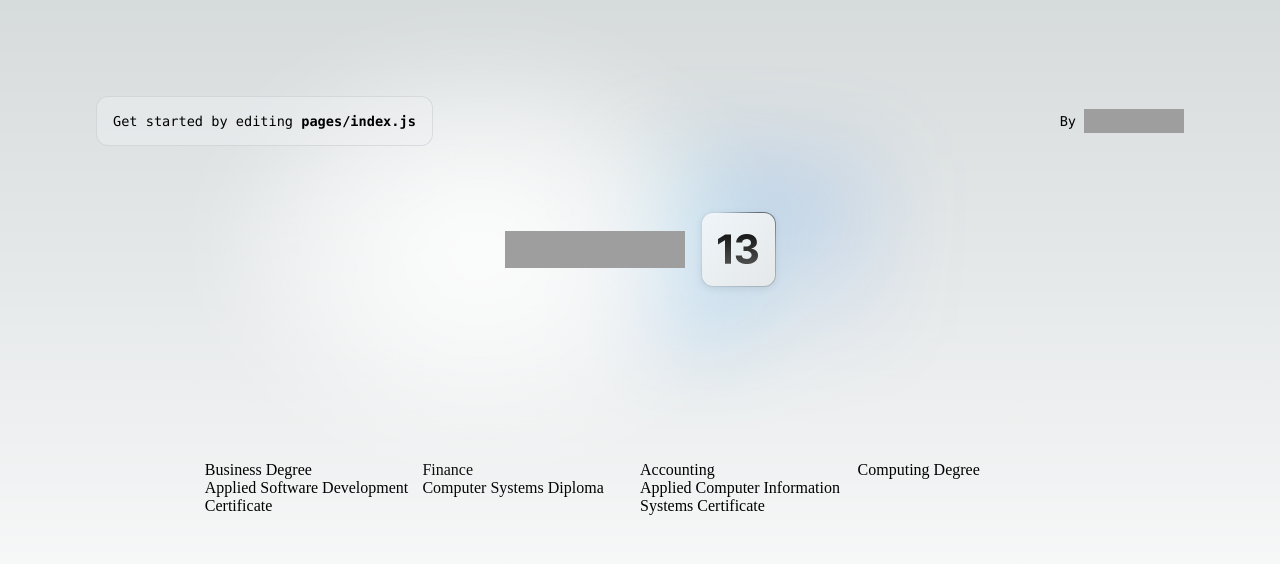
Repository: karthur1/class-example-3
Page: /
These files come from the project's save history. The page is drawn as it stood at one moment and after the next save; the edit follows.
The browser window is 1280 px wide. The pictures show the whole page.
Pictures or frames that could not be fetched are drawn as grey boxes. The project was rebuilt for these pictures with package versions that can differ from the ones it lists, and the page was loaded fresh each time. The framework's server and built-in components were replaced by stand-ins that run in the browser. Also part of the build but not shown: next.config.js.

Above is the page before, as saved 2023-01-16 10:49:32.

### pages/index.js
import Head from 'next/head'
import Image from 'next/image'
import { Inter } from '@next/font/google'
import styles from '@/styles/Home.module.css'
import data from '../data/education.json'
import {useState} from 'react'

const inter = Inter({ subsets: ['latin'] })

export default function Home() {

  console.log(data)
  const [information, setInformation] = useState([...data])


  return (
    <>
      <Head>
        <title>Create Next App</title>
        <meta name="description" content="Generated by create next app" />
        <meta name="viewport" content="width=device-width, initial-scale=1" />
        <link rel="icon" href="/favicon.ico" />
      </Head>
      <main className={styles.main}>
        <div className={styles.description}>
          <p>
            Get started by editing&nbsp;
            <code className={styles.code}>pages/index.js</code>
          </p>
          <div>
            <a
              href="https://vercel.com?utm_source=create-next-app&utm_medium=default-template&utm_campaign=create-next-app"
              target="_blank"
              rel="noopener noreferrer"
            >
              By{' '}
              <Image
                src="/vercel.svg"
                alt="Vercel Logo"
                className={styles.vercelLogo}
                width={100}
                height={24}
                priority
              />
            </a>
          </div>
        </div>

        <div className={styles.center}>
          <Image
            className={styles.logo}
            src="/next.svg"
            alt="Next.js Logo"
            width={180}
            height={37}
            priority
          />
          <div className={styles.thirteen}>
            <Image
              src="/thirteen.svg"
              alt="13"
              width={40}
              height={31}
              priority
            />
          </div>
        </div>

        <div className={styles.grid}>
          <div>Business Degree</div>
          {information && information.map((info, index) => {
            if(info.department === "Business") {

             return(
            <div key={index}>{info.degree}</div>
            )
          }
        })}
                  <div>Computing Degree</div>
          {information && information.map((info, index) => {
            if(info.department === "Computing") {

             return(
            <div key={index}>{info.degree}</div>
            )
          }
        })}
        </div>
      </main>
    </>
  )
}

### styles/Home.module.css
.main {
  display: flex;
  flex-direction: column;
  justify-content: space-between;
  align-items: center;
  padding: 6rem;
  min-height: 100vh;
}

.description {
  display: inherit;
  justify-content: inherit;
  align-items: inherit;
  font-size: 0.85rem;
  max-width: var(--max-width);
  width: 100%;
  z-index: 2;
  font-family: var(--font-mono);
}

.description a {
  display: flex;
  justify-content: center;
  align-items: center;
  gap: 0.5rem;
}

.description p {
  position: relative;
  margin: 0;
  padding: 1rem;
  background-color: rgba(var(--callout-rgb), 0.5);
  border: 1px solid rgba(var(--callout-border-rgb), 0.3);
  border-radius: var(--border-radius);
}

.code {
  font-weight: 700;
  font-family: var(--font-mono);
}

.grid {
  display: grid;
  grid-template-columns: repeat(4, minmax(25%, auto));
  width: var(--max-width);
  max-width: 100%;
  padding: 10%;
}

.card {
  padding: 1rem 1.2rem;
  border-radius: var(--border-radius);
  background: rgba(var(--card-rgb), 0);
  border: 1px solid rgba(var(--card-border-rgb), 0);
  transition: background 200ms, border 200ms;
}

.card span {
  display: inline-block;
  transition: transform 200ms;
}

.card h2 {
  font-weight: 600;
  margin-bottom: 0.7rem;
}

.card p {
  margin: 0;
  opacity: 0.6;
  font-size: 0.9rem;
  line-height: 1.5;
  max-width: 30ch;
}

.center {
  display: flex;
  justify-content: center;
  align-items: center;
  position: relative;
  padding: 4rem 0;
}

.center::before {
  background: var(--secondary-glow);
  border-radius: 50%;
  width: 480px;
  height: 360px;
  margin-left: -400px;
}

.center::after {
  background: var(--primary-glow);
  width: 240px;
  height: 180px;
  z-index: -1;
}

.center::before,
.center::after {
  content: '';
  left: 50%;
  position: absolute;
  filter: blur(45px);
  transform: translateZ(0);
}

.logo,
.thirteen {
  position: relative;
}

.thirteen {
  display: flex;
  justify-content: center;
  align-items: center;
  width: 75px;
  height: 75px;
  padding: 25px 10px;
  margin-left: 16px;
  transform: translateZ(0);
  border-radius: var(--border-radius);
  overflow: hidden;
  box-shadow: 0px 2px 8px -1px #0000001a;
}

.thirteen::before,
.thirteen::after {
  content: '';
  position: absolute;
  z-index: -1;
}

/* Conic Gradient Animation */
.thirteen::before {
  animation: 6s rotate linear infinite;
  width: 200%;
  height: 200%;
  background: var(--tile-border);
}

/* Inner Square */
.thirteen::after {
  inset: 0;
  padding: 1px;
  border-radius: var(--border-radius);
  background: linear-gradient(
    to bottom right,
    rgba(var(--tile-start-rgb), 1),
    rgba(var(--tile-end-rgb), 1)
  );
  background-clip: content-box;
}

/* Enable hover only on non-touch devices */
@media (hover: hover) and (pointer: fine) {
  .card:hover {
    background: rgba(var(--card-rgb), 0.1);
    border: 1px solid rgba(var(--card-border-rgb), 0.15);
  }

  .card:hover span {
    transform: translateX(4px);
  }
}

@media (prefers-reduced-motion) {
  .thirteen::before {
    animation: none;
  }

  .card:hover span {
    transform: none;
  }
}

/* Mobile */
@media (max-width: 700px) {
  .content {
    padding: 4rem;
  }

  .grid {
    grid-template-columns: 1fr;
    margin-bottom: 120px;
    max-width: 320px;
    text-align: center;
  }

  .card {
    padding: 1rem 2.5rem;
  }

  .card h2 {
    margin-bottom: 0.5rem;
  }

  .center {
    padding: 8rem 0 6rem;
  }

  .center::before {
    transform: none;
    height: 300px;
  }

  .description {
    font-size: 0.8rem;
  }

  .description a {
    padding: 1rem;
  }

  .description p,
  .description div {
    display: flex;
    justify-content: center;
    position: fixed;
    width: 100%;
  }

  .description p {
    align-items: center;
    inset: 0 0 auto;
    padding: 2rem 1rem 1.4rem;
    border-radius: 0;
    border: none;
    border-bottom: 1px solid rgba(var(--callout-border-rgb), 0.25);
    background: linear-gradient(
      to bottom,
      rgba(var(--background-start-rgb), 1),
      rgba(var(--callout-rgb), 0.5)
    );
    background-clip: padding-box;
    backdrop-filter: blur(24px);
  }

  .description div {
    align-items: flex-end;
    pointer-events: none;
    inset: auto 0 0;
    padding: 2rem;
    height: 200px;
    background: linear-gradient(
      to bottom,
      transparent 0%,
      rgb(var(--background-end-rgb)) 40%
    );
    z-index: 1;
  }
}

/* Tablet and Smaller Desktop */
@media (min-width: 701px) and (max-width: 1120px) {
  .grid {
    grid-template-columns: repeat(2, 50%);
  }
}

@media (prefers-color-scheme: dark) {
  .vercelLogo {
    filter: invert(1);
  }

  .logo,
  .thirteen img {
    filter: invert(1) drop-shadow(0 0 0.3rem #ffffff70);
  }
}

@keyframes rotate {
  from {
    transform: rotate(360deg);
  }
  to {
    transform: rotate(0deg);
  }
}

### data/education.json
[
        {
            "studentNumber": "A0004567",
            "firstName": "Person 1",
            "gpa": 3.8,
            "department": "Business",
            "degree": "Finance",
            "graduted": 2014
        },
        {
            "studentNumber": "A0001234",
            "firstName": "Person 2",
            "gpa": 3.5,
            "department": "Business",
            "degree": "Accounting",
            "graduted": 2010
        },
        {
            "studentNumber": "A0007890",
            "firstName": "Person 3",
            "gpa": 3.2,
            "department": "Computing",
            "degree": "Applied Software Development Certificate",
            "graduted": 2018
        },
        {
            "studentNumber": "A0007828",
            "firstName": "Person 4",
            "gpa": 3.9,
            "department": "Computing",
            "degree": "Computer Systems Diploma",
            "graduted": 2021
        },
        {
            "studentNumber": "A0003425",
            "firstName": "Person 5",
            "gpa": 3.2,
            "department": "Computing",
            "degree": "Applied Computer Information Systems Certificate",
            "graduted": 2021
        }
]

Loaded but not shown: pages/_app.js (common file); pages/_document.js (common file); styles/globals.css (common file)

After the next save:
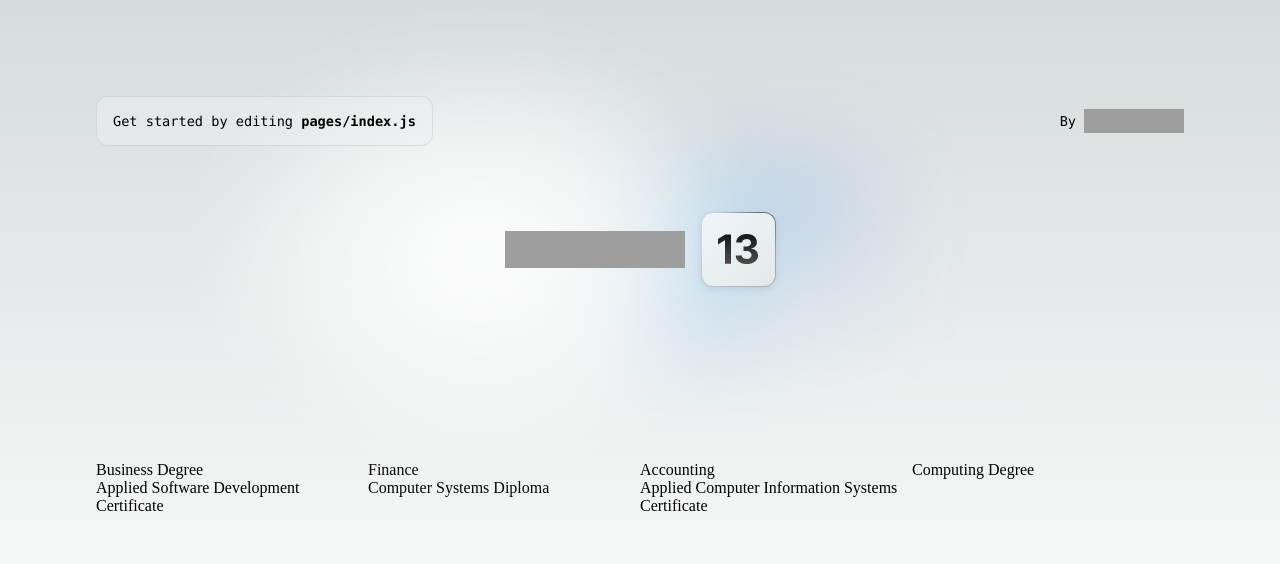
Saved 14 s later.
--- a/styles/Home.module.css
+++ b/styles/Home.module.css
@@ -44,7 +44,7 @@
   grid-template-columns: repeat(4, minmax(25%, auto));
   width: var(--max-width);
   max-width: 100%;
-  padding: 10%;
+  margin: 10%;
 }
 
 .card {
